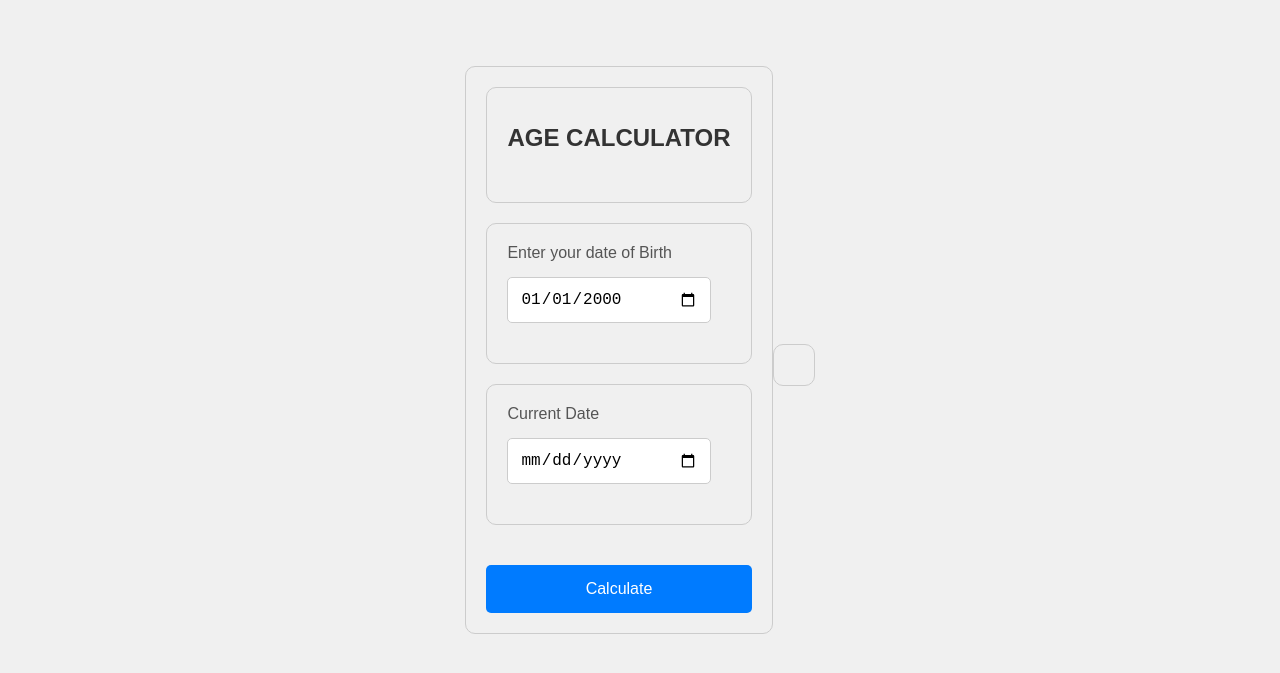
Repository: Femi007-gh/Calculator
Page: index.html
These files come from the project's save history. The page is drawn as it stood at one moment and after a run of saves; the edit follows.
The browser window is 1280 px wide. The pictures show the whole page.

Above is the page before, as saved 2025-03-27 18:51:00.

### index.html
<html>
  <head>
    <title>CALCULATOR MINI PROJECT</title>
    <script src="script.js"></script>
    <link rel="stylesheet" href="style.css">
  </head>
  <body>
    <div>
      <div>
        <h1>AGE CALCULATOR</h1>
      </div>
      <div>
        <label>Enter your date of Birth</label>
        <input id="inputDOB" type="date" value="2000-01-01">
      </div>
      <div>
        <label>Current Date</label>
        <input id="cDOB" type="date" value="">
      </div>
      <button type="button" onclick="getDOB()">Calculate</button>
    </div>
    <div id="CurrentAge"></div>
  </body>
</html>

### script.js
function getDOB() {
  const dobInput = document.getElementById('inputDOB').value;
  const currentDateInput = document.getElementById('cdate').value;

  if (!dobInput || !currentDateInput) {
    alert('Please enter both Date of Birth and Current Date.');
    return;
  }

  const dob = new Date(dobInput);
  const currentDate = new Date(currentDateInput);

  // Ensure the date is correctly parsed
  if (dob.getTime() && currentDate.getTime()) {
    let age = currentDate.getFullYear() - dob.getFullYear();
    const monthDifference = currentDate.getMonth() - dob.getMonth();

    if (monthDifference < 0 || (monthDifference === 0 && currentDate.getDate() < dob.getDate())) {
      age--;
    }

    document.getElementById('currentAge').textContent = `Your age is ${age} years.`;
  } else {
    alert('Please enter valid dates.');
  }
}

### style.css
body {
  font-family: Arial, sans-serif;
  display: flex;
  justify-content: center;
  align-items: center;
  height: 100vh;
  margin: 0;
  background-color: #f0f0f0;
}

div {
  border: 1px solid #ccc;
  padding: 20px;
  border-radius: 10px;
  margin-bottom: 20px;
}

h1 {
  text-align: center;
  margin-bottom: 30px;
  font-size: 24px;
  color: #333;
}

label {
  display: block;
  margin-bottom: 15px;
  font-size: 16px;
  color: #555;
}

input[type="date"] {
  width: calc(100% - 20px);
  padding: 12px;
  margin-bottom: 20px;
  border-radius: 5px;
  border: 1px solid #ccc;
  font-size: 16px;
}

button {
  width: 100%;
  background-color: #007bff;
  color: white;
  padding: 15px;
  border: none;
  border-radius: 5px;
  font-size: 16px;
  cursor: pointer;
  transition: background-color 0.3s ease;
  margin-top: 20px;
}

button:hover {
  background-color: #0056b3;
}

#currentAge {
  text-align: center;
  margin-top: 30px;
  font-size: 18px;
  color: #333;
}

After the next 2 saves:
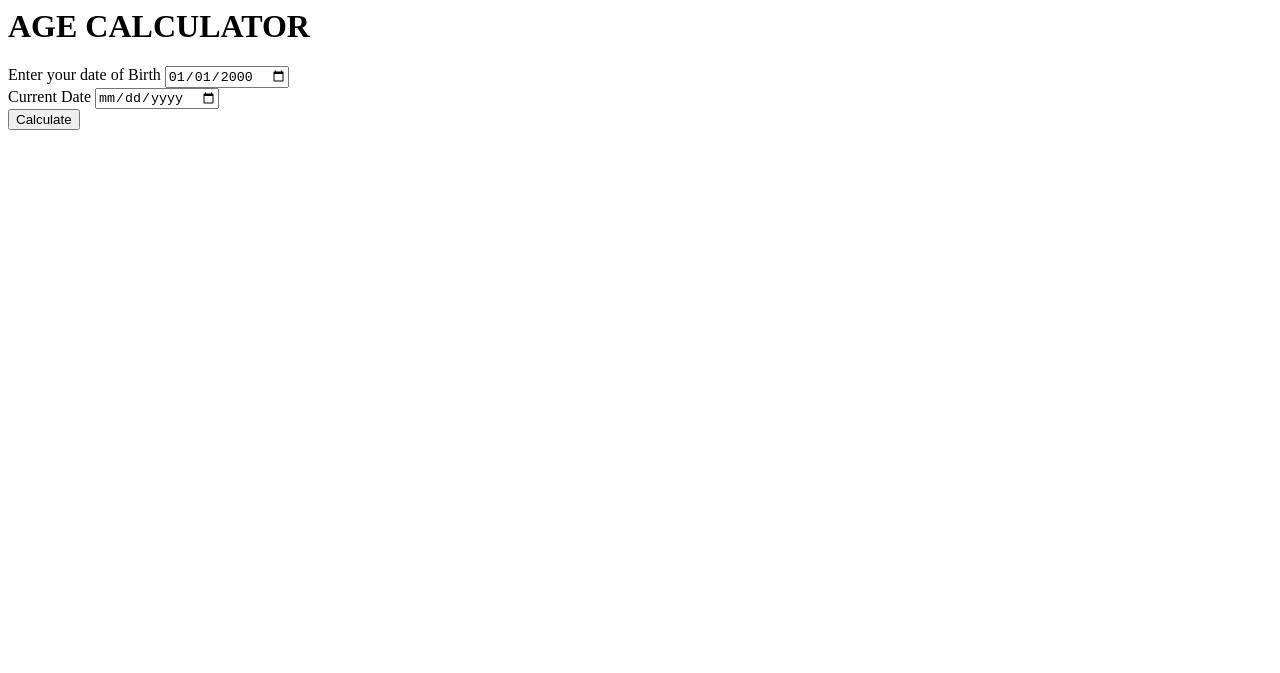
The 2 saves are shown as one change because they came seconds apart.
The last was saved 19 s later.
--- a/index.html
+++ b/index.html
@@ -2,10 +2,9 @@
   <head>
     <title>CALCULATOR MINI PROJECT</title>
     <script src="script.js"></script>
-    <link rel="stylesheet" href="style.css">
   </head>
   <body>
-    <div>
+    <div class="container">
       <div>
         <h1>AGE CALCULATOR</h1>
       </div>
@@ -15,10 +14,10 @@
       </div>
       <div>
         <label>Current Date</label>
-        <input id="cDOB" type="date" value="">
+        <input id="cdate" type="date" value="">
       </div>
       <button type="button" onclick="getDOB()">Calculate</button>
     </div>
-    <div id="CurrentAge"></div>
+    <div id="currentAge"></div>
   </body>
 </html>

After the 5 saves that followed:
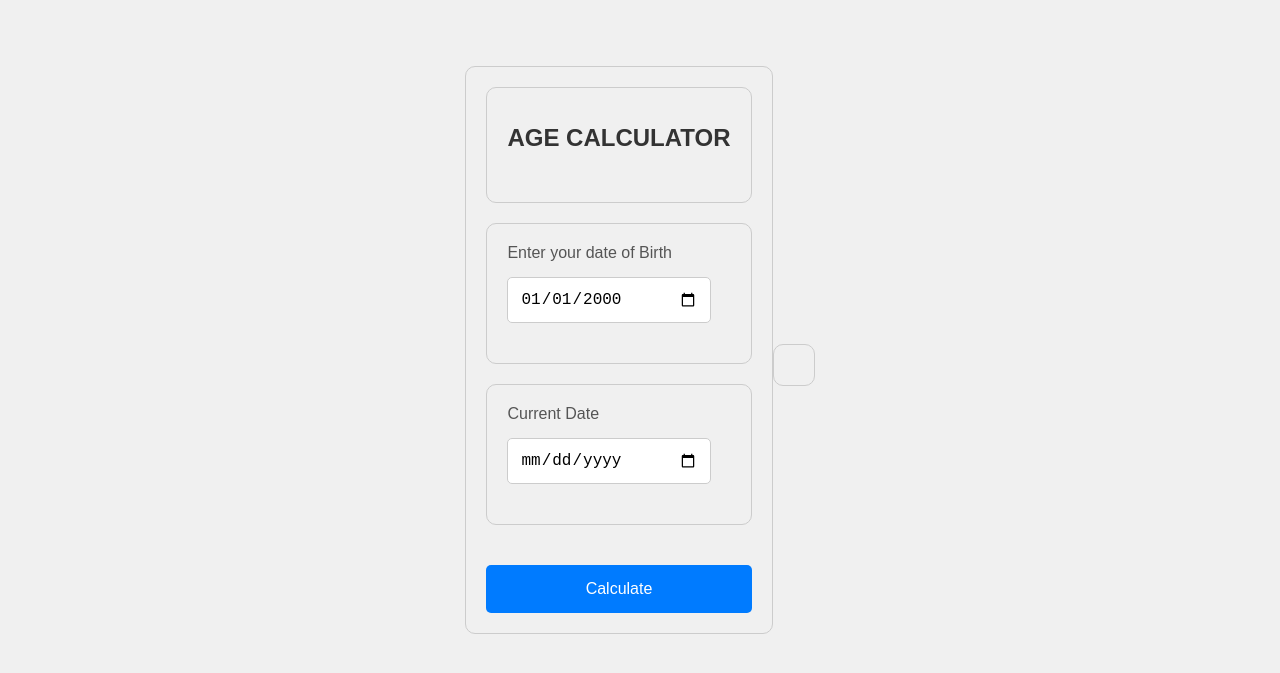
The 5 saves are shown as one change because 3 left the picture as it was and some came seconds apart.
The last was saved 2 min 6 s later.
--- a/index.html
+++ b/index.html
@@ -2,6 +2,7 @@
   <head>
     <title>CALCULATOR MINI PROJECT</title>
     <script src="script.js"></script>
+    <link rel="stylesheet" href="style.css">
   </head>
   <body>
     <div class="container">
